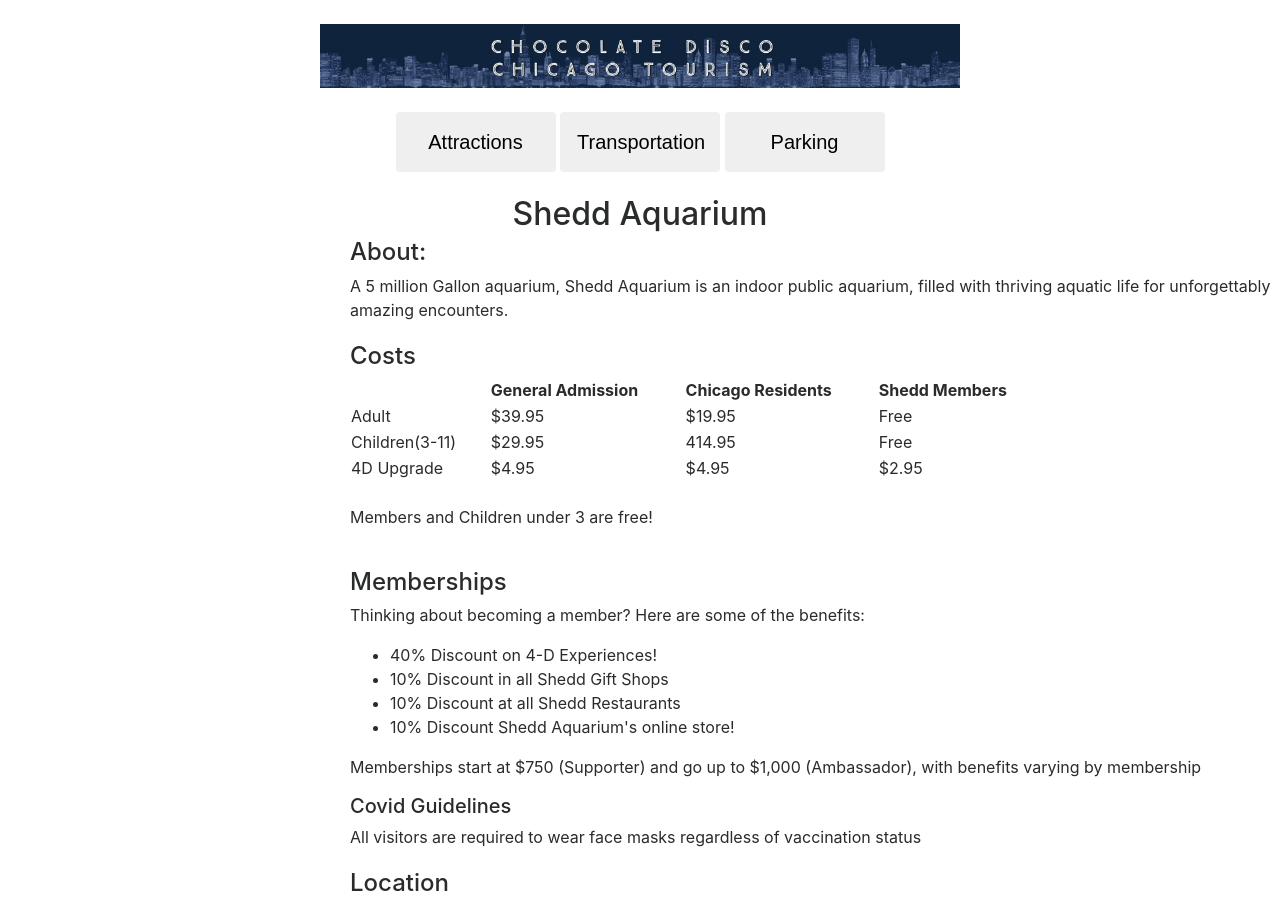
Repository: rkodit2/cs422project
Page: sheddAquarium.html
The author's editor kept a copy of each file at every save. The page is drawn from the files as they stood at one save, then again after the next save.
The browser window is 1280 px wide. The pictures show the part of the page from y = 0 to 905 px (the page is 1405 px tall before and 1410 px after).
Pictures or frames that could not be fetched are drawn as grey boxes.

Above is the page before, as saved 2021-11-03 19:50:47.

After the next save:
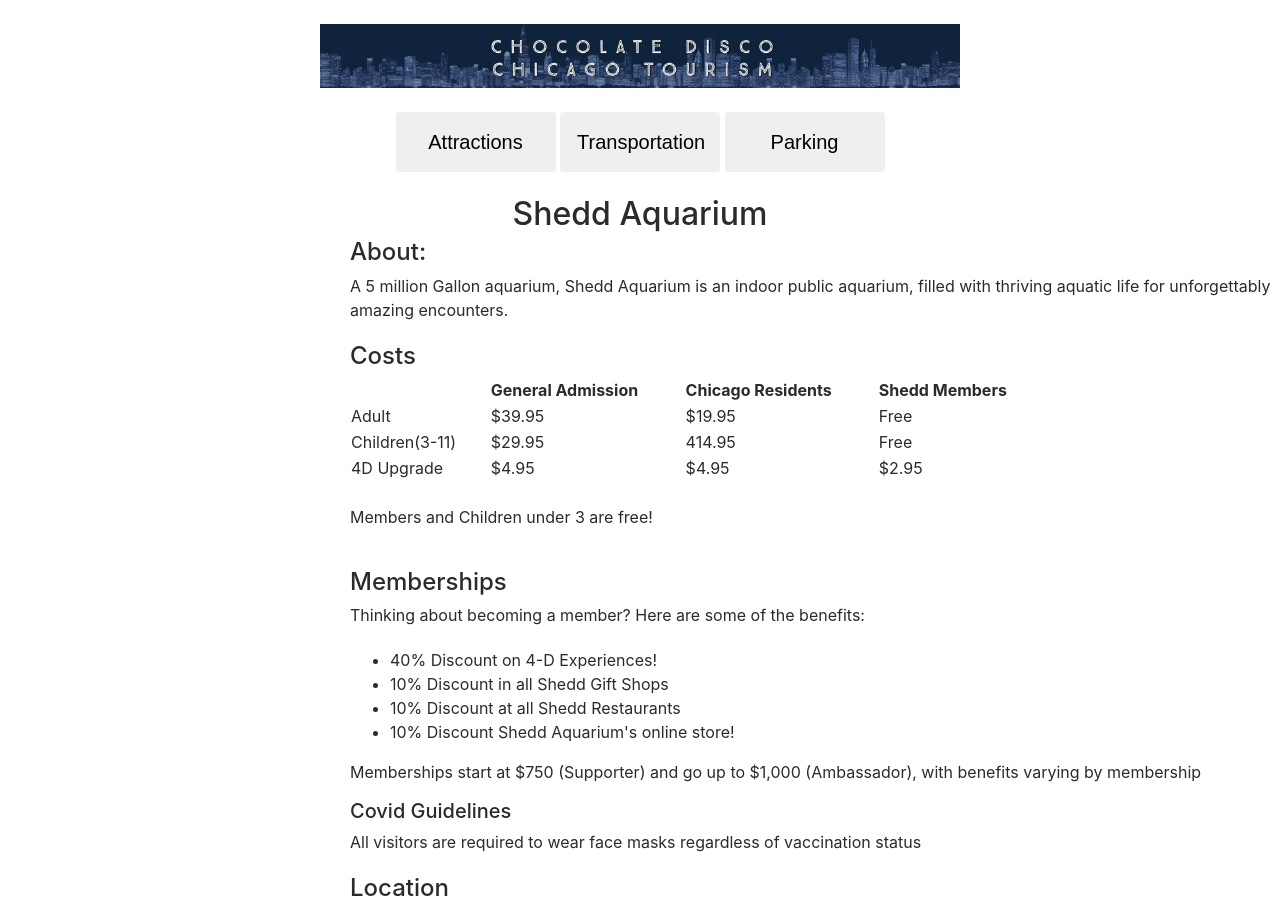
Saved 24 s later.
--- a/sheddAquarium.html
+++ b/sheddAquarium.html
@@ -59,7 +59,7 @@
         </p><br>
 
         <h4>Memberships</h5>
-        <p>Thinking about becoming a member? Here are some of the benefits: </p>
+        <p style="padding-bottom: 5px;">Thinking about becoming a member? Here are some of the benefits: </p>
         <ul>
             <li>40% Discount on 4-D Experiences!</li>
             <li>10% Discount in all Shedd Gift Shops</li>

After the save that followed:
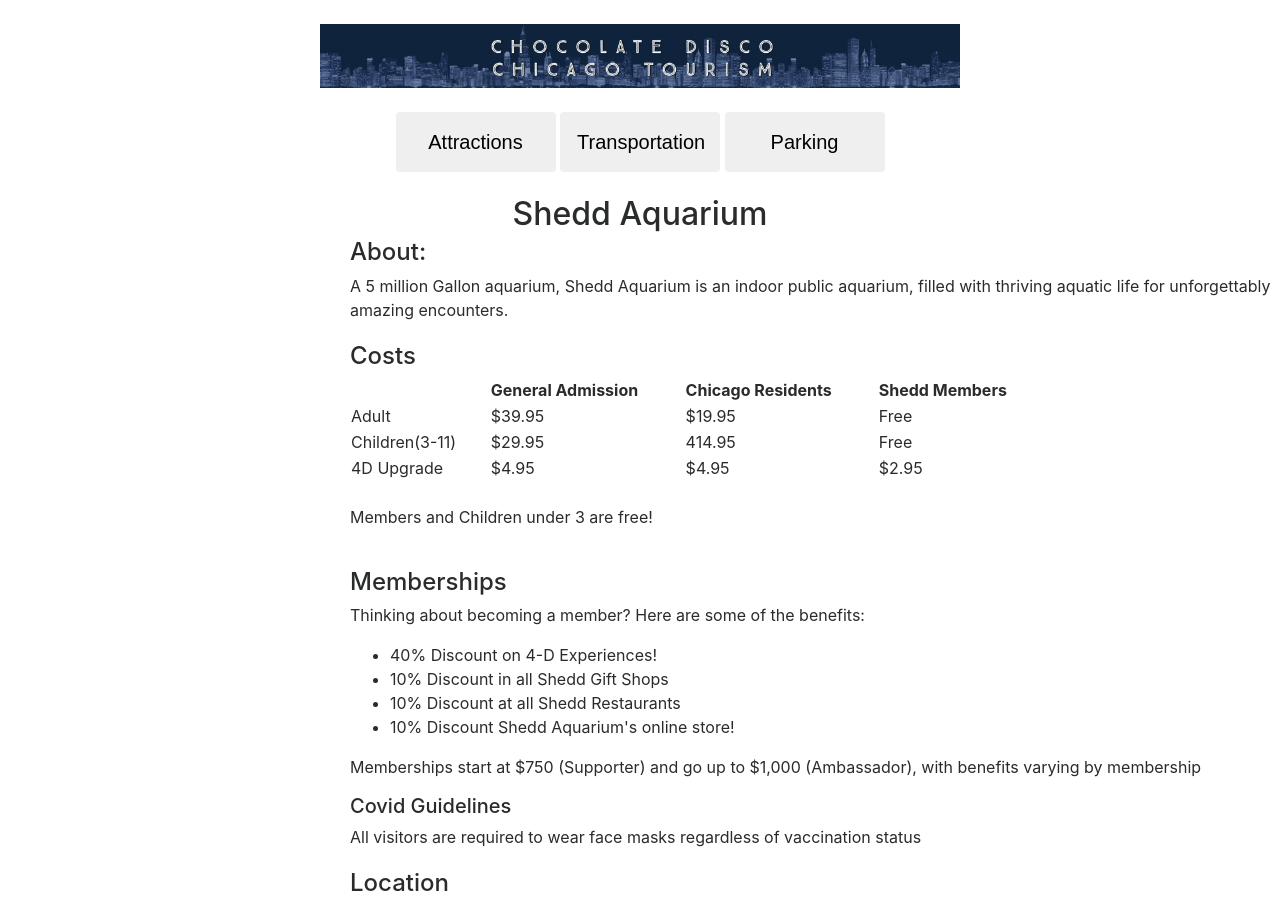
Saved 10 s later.
--- a/sheddAquarium.html
+++ b/sheddAquarium.html
@@ -59,7 +59,7 @@
         </p><br>
 
         <h4>Memberships</h5>
-        <p style="padding-bottom: 5px;">Thinking about becoming a member? Here are some of the benefits: </p>
+        <p style="padding-bottom: -5px;">Thinking about becoming a member? Here are some of the benefits: </p>
         <ul>
             <li>40% Discount on 4-D Experiences!</li>
             <li>10% Discount in all Shedd Gift Shops</li>
